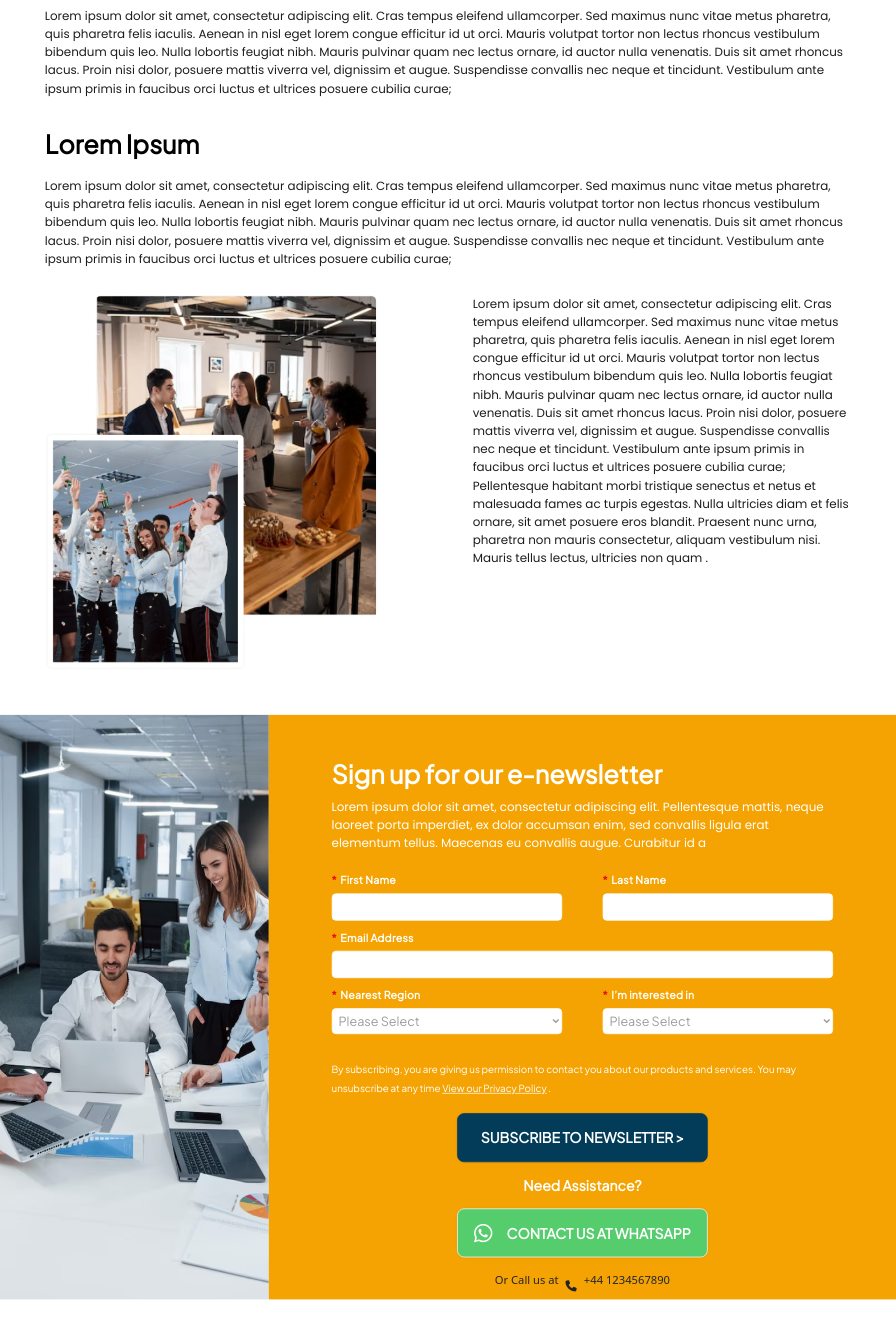
Repository: Akash8377/Hospitality-website
Page: /about-us
An editor plug-in stored every save of this project. The page is shown before and after a run of saves, followed by the edit.
The browser window is 1280 px wide. The pictures show the part of the page from y = 786 to 2706 px (the page is 2706 px tall before and 2690 px after), at 70% of full size.
Some web libraries are served in a nearby version. The project was rebuilt for these pictures with package versions that can differ from the ones it lists, and the page was loaded fresh each time. Also part of the build but not shown: src/Component/Partial/heading-cont.js, src/Component/Shared/about-us.js, src/Component/Shared/Banner.js, src/Component/Shared/popular-jobs.js, src/Component/Sliders/ServiceSlider.js, src/Component/Sliders/ReviewSlider.js, src/Component/Partial/index-banner.js, src/Component/Partial/index-buisness-banner.js and 2 more.

Above is the page before, as saved 2023-07-07 12:25:43.

After the next 2 saves:
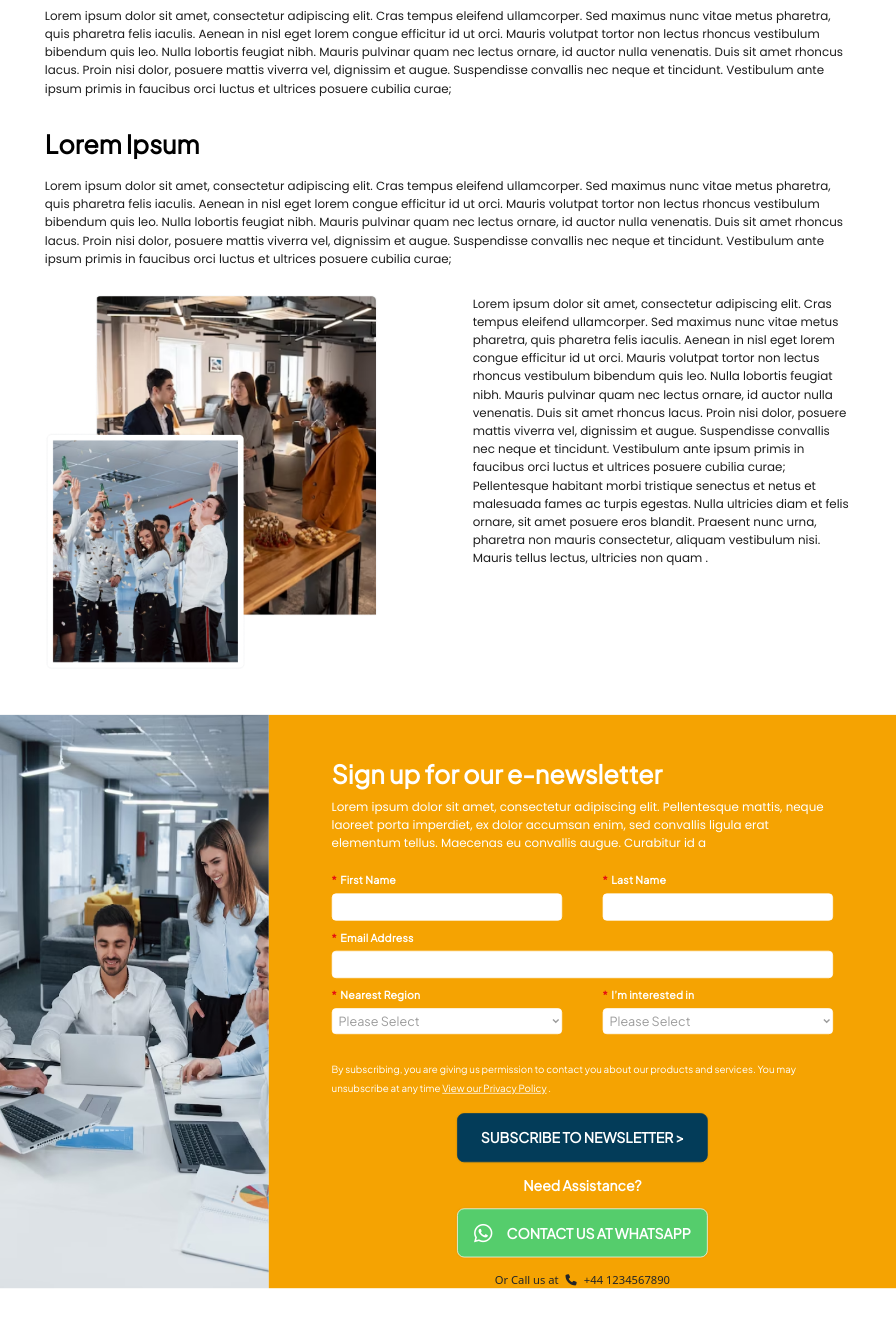
The 2 saves are shown as one change because they came seconds apart.
The last was saved 9 s later.
--- a/src/Css/Lap.css
+++ b/src/Css/Lap.css
@@ -961,3 +961,6 @@ gap: 20px;
   align-items: center;
   margin-top: 20px;
 }
+.About-Us_Newsletter .right .content .contact_Detail p {
+  margin: 0;
+}
